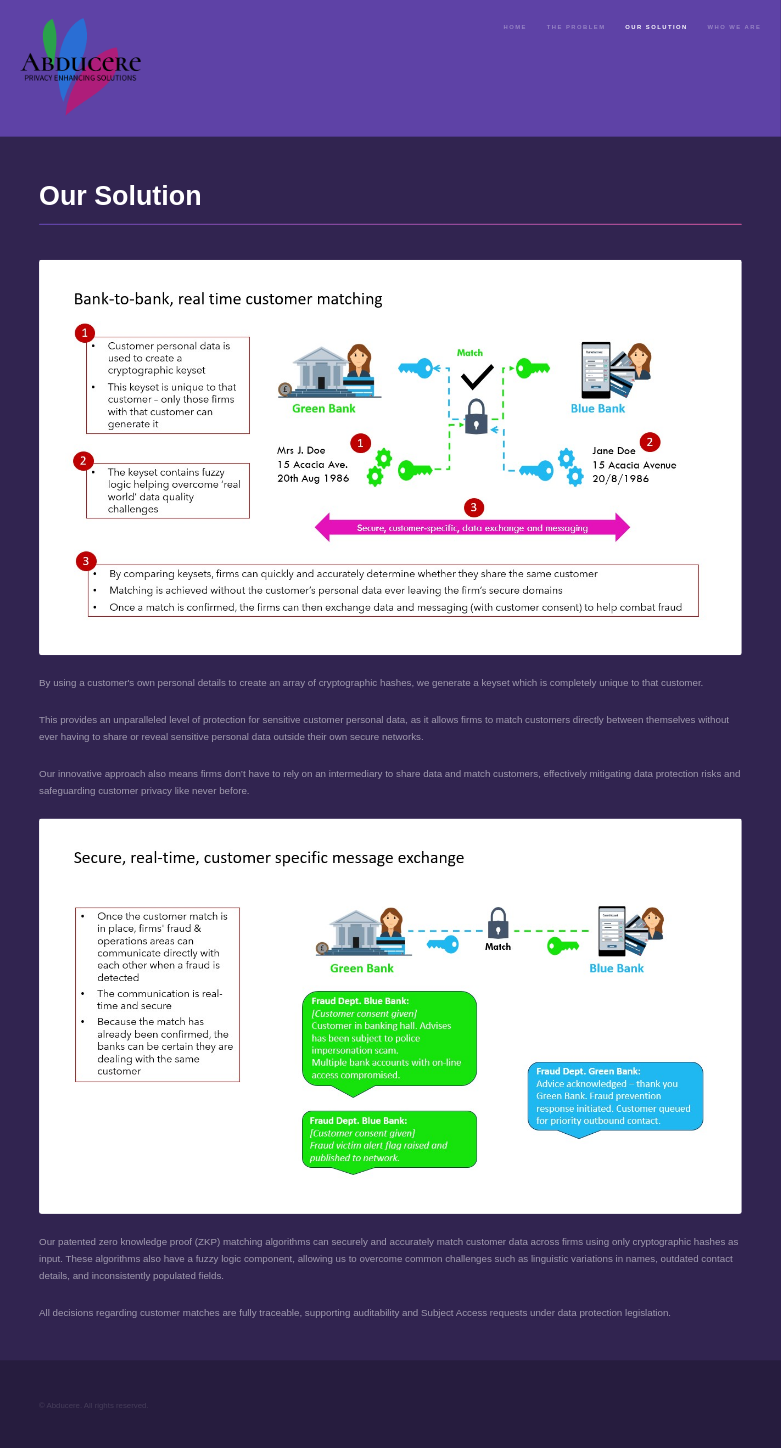
Repository: nocnoc94/nocnoc94.github.io
Page: our-solution.html
An editor plug-in stored every save of this project. The page is shown before and after a run of saves, followed by the edit.
The browser window is 1280 px wide. The pictures show the whole page, at 61% of full size.

Above is the page before, as saved 2024-03-21 16:23:26.

### our-solution.html
<!DOCTYPE HTML>
<html>

<head>
	<title>Abducere - Our Solution</title>
	<meta charset="utf-8" />
	<meta name="viewport" content="width=device-width, initial-scale=1, user-scalable=no" />
	<link rel="icon" href="/static/images/favicon.ico" type="image/x-icon">
	<link rel="stylesheet" href="/static/css/main.css" />
	<noscript>
		<link rel="stylesheet" href="/static/css/noscript.css" />
	</noscript>
</head>

<body class="is-preload">

	<!-- Header -->
	<header id="header">
		<!-- <a href="index.html" class="title">Abducere</a> -->
		<a id="headerLogo" class="image" href="index.html"><img src="/static/images/abducere-logo-1.png" alt=""
				data-position="left left" /></a>
		<nav>
			<ul>
				<li><a href="index.html">Home</a></li>
				<li><a href="the-problem.html">The Problem</a></li>
				<li><a href="our-solution.html" class="active">Our Solution</a></li>
				<li><a href="who-we-are.html">Who We Are</a></li>
			</ul>
		</nav>
	</header>

	<!-- Wrapper -->
	<div id="wrapper">

		<!-- Main -->
		<section id="main" class="wrapper">
			<div class="inner">
				<h1 class="major">Our Solution</h1>
				<!-- <span class="image fit"><img src="/static/images/Match.drawio.png" alt="" /></span> -->
				<span class="image fit"><img src="/static/images/how-it-works-1.jpg" alt="" /></span>
				<p>By using a customer's own personal details to create an array of cryptographic hashes, we generate a
					keyset which is completely unique to that customer.
				</p>
				<p>This provides an unparalleled level of protection for sensitive customer personal data, as it allows
					firms to match customers directly between themselves without ever having to share or reveal
					sensitive personal data outside their own secure networks.
				</p>
				<p>Our innovative approach also means firms don’t have to rely on an intermediary to share data and
					match customers, effectively mitigating data protection risks and safeguarding customer privacy like
					never before.
				</p>
				<span class="image fit"><img src="/static/images/how-it-works-2.jpg" alt="" /></span>
				<p>Our patented zero knowledge proof (ZKP) matching algorithms can securely and accurately match
					customer data across firms using only cryptographic hashes as input. These algorithms also have a
					fuzzy logic component, allowing us to overcome common challenges such as linguistic variations in
					names, outdated contact details, and inconsistently populated fields.
				</p>
				<p>All decisions regarding customer matches are fully traceable, supporting auditability and Subject
					Access requests under data protection legislation.
				</p>
				<p>

				</p>
			</div>
		</section>

	</div>

	<!-- Footer -->
	<footer id="footer" class="wrapper alt">
		<div class="inner">
			<ul class="menu">
				<li>&copy; Abducere. All rights reserved.</li>
			</ul>
		</div>
	</footer>

	<!-- Scripts -->
	<script src="/static/js/jquery.min.js"></script>
	<script src="/static/js/jquery.scrollex.min.js"></script>
	<script src="/static/js/jquery.scrolly.min.js"></script>
	<script src="/static/js/browser.min.js"></script>
	<script src="/static/js/breakpoints.min.js"></script>
	<script src="/static/js/util.js"></script>
	<script src="/static/js/main.js"></script>

</body>

</html>

Loaded but not shown: static/js/jquery.min.js (library); static/css/fontawesome-all.min.css (library); static/js/jquery.scrollex.min.js (common file); static/js/jquery.scrolly.min.js (common file); static/js/browser.min.js (common file); static/js/breakpoints.min.js (common file); static/js/util.js (587 lines, source omitted); static/js/main.js (190 lines, source omitted); static/css/main.css (4012 lines, source omitted)

After the next 2 saves:
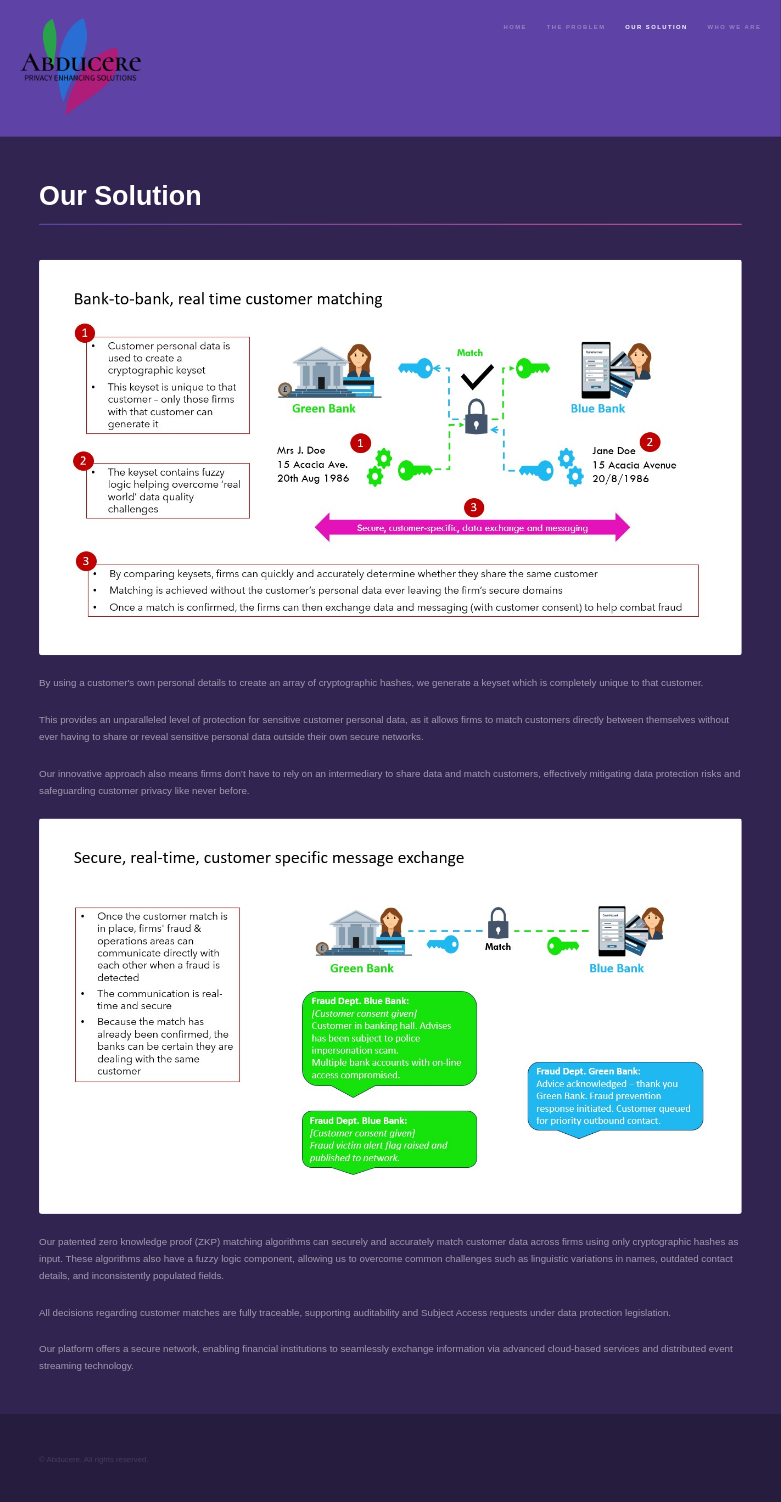
The 2 saves are shown as one change because they came seconds apart.
The last was saved 7 s later.
--- a/our-solution.html
+++ b/our-solution.html
@@ -59,7 +59,8 @@
 					Access requests under data protection legislation.
 				</p>
 				<p>
-
+					Our platform offers a secure network, enabling financial institutions to seamlessly exchange
+					information via advanced cloud-based services and distributed event streaming technology.
 				</p>
 			</div>
 		</section>
